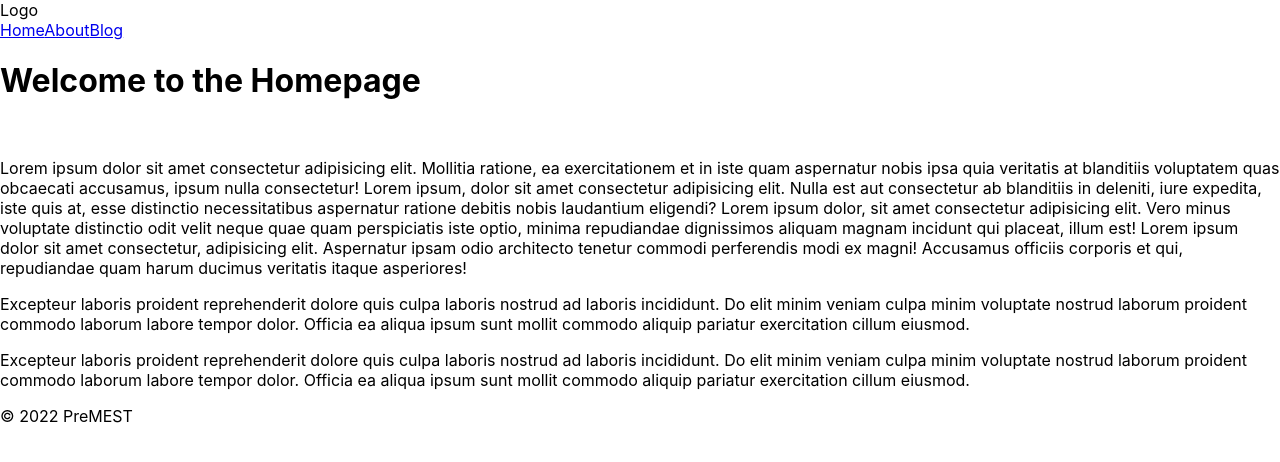
Repository: bayorwor/premest-router
Page: /
The author's editor kept a copy of each file at every save. The page is drawn from the files as they stood at one save, then again after the next save.
The browser window is 1280 px wide. The pictures show the whole page.
The project was rebuilt for these pictures with package versions that can differ from the ones it lists, and the page was loaded fresh each time. Also part of the build but not shown: src/pages/About.js, src/pages/Blog.js, src/pages/Blog/blogs.js, src/pages/Blog/detail.js.

Above is the page before, as saved 2022-04-04 12:07:29.

After the next save:
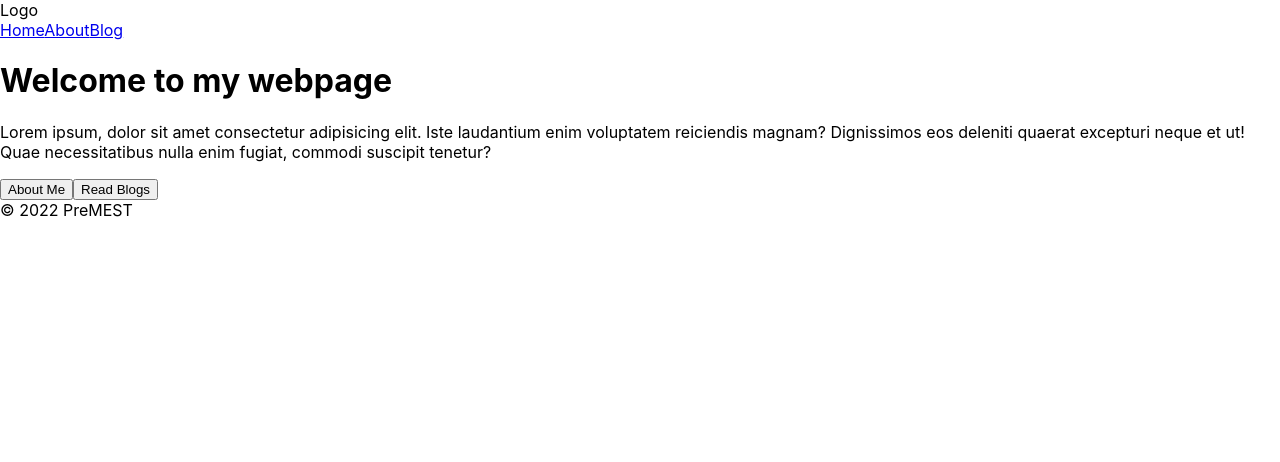
Saved 26 min 2 s later.
--- a/src/pages/Home.js
+++ b/src/pages/Home.js
@@ -1,41 +1,28 @@
+import { useNavigate } from "react-router-dom";
 import withLayout from "./withLayout";
 
 function Home() {
+  const navigate = useNavigate();
+
   return (
     <div>
-      <h1> Welcome to the Homepage </h1>
-      <br />
-      <div>
+      <div className="banner">
+        <h1> Welcome to my webpage</h1>
         <p>
-          Lorem ipsum dolor sit amet consectetur adipisicing elit. Mollitia
-          ratione, ea exercitationem et in iste quam aspernatur nobis ipsa quia
-          veritatis at blanditiis voluptatem quas obcaecati accusamus, ipsum
-          nulla consectetur! Lorem ipsum, dolor sit amet consectetur adipisicing
-          elit. Nulla est aut consectetur ab blanditiis in deleniti, iure
-          expedita, iste quis at, esse distinctio necessitatibus aspernatur
-          ratione debitis nobis laudantium eligendi? Lorem ipsum dolor, sit amet
-          consectetur adipisicing elit. Vero minus voluptate distinctio odit
-          velit neque quae quam perspiciatis iste optio, minima repudiandae
-          dignissimos aliquam magnam incidunt qui placeat, illum est! Lorem
-          ipsum dolor sit amet consectetur, adipisicing elit. Aspernatur ipsam
-          odio architecto tenetur commodi perferendis modi ex magni! Accusamus
-          officiis corporis et qui, repudiandae quam harum ducimus veritatis
-          itaque asperiores!
+          Lorem ipsum, dolor sit amet consectetur adipisicing elit. Iste
+          laudantium enim voluptatem reiciendis magnam? Dignissimos eos deleniti
+          quaerat excepturi neque et ut! Quae necessitatibus nulla enim fugiat,
+          commodi suscipit tenetur?
         </p>
-        <p>
-          Excepteur laboris proident reprehenderit dolore quis culpa laboris
-          nostrud ad laboris incididunt. Do elit minim veniam culpa minim
-          voluptate nostrud laborum proident commodo laborum labore tempor
-          dolor. Officia ea aliqua ipsum sunt mollit commodo aliquip pariatur
-          exercitation cillum eiusmod.
-        </p>
-        <p>
-          Excepteur laboris proident reprehenderit dolore quis culpa laboris
-          nostrud ad laboris incididunt. Do elit minim veniam culpa minim
-          voluptate nostrud laborum proident commodo laborum labore tempor
-          dolor. Officia ea aliqua ipsum sunt mollit commodo aliquip pariatur
-          exercitation cillum eiusmod.
-        </p>
+
+        <div className="actions-wrap">
+          <button className="btn-outline" onClick={() => navigate("/about")}>
+            About Me
+          </button>
+          <button className="btn-contain" onClick={() => navigate("/blog")}>
+            Read Blogs
+          </button>
+        </div>
       </div>
     </div>
   );
